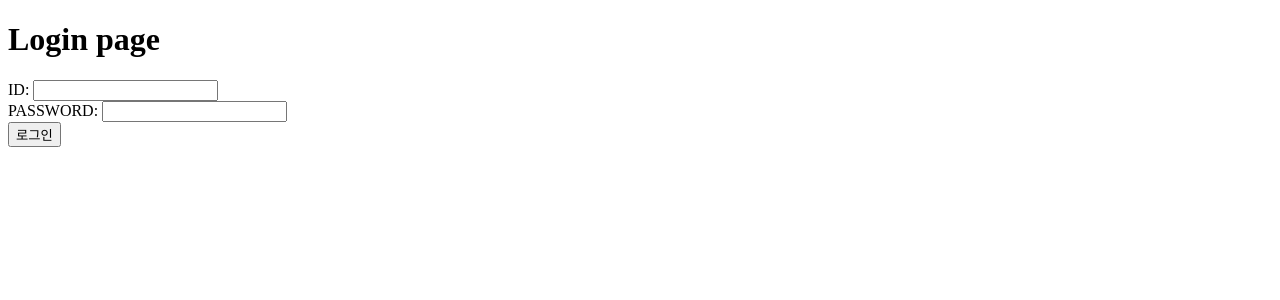
Repository: jeeniii/test2022_12_29
Page: http://localhost/portfolio/member/login.jsp
An editor plug-in stored every save of this project. The page is shown before and after the next save, followed by the edit.
The browser window is 1280 px wide. The pictures show the whole page.
The page is served by Tomcat 9.

Above is the page before, as saved 2022-12-11 13:53:39.

After the next save:
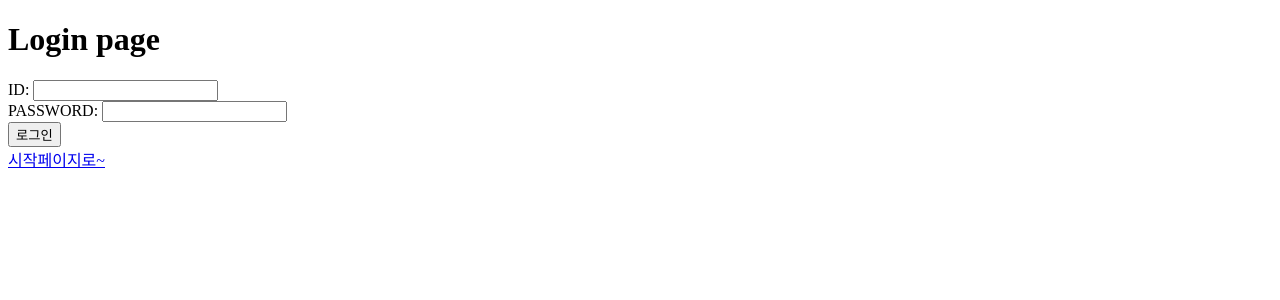
Saved 71 s later.
--- a/JSP_Portfolio/portfolio/src/main/webapp/member/login.jsp
+++ b/JSP_Portfolio/portfolio/src/main/webapp/member/login.jsp
@@ -16,6 +16,7 @@ ID: <input type="text" name="id"> <br>
 PASSWORD: <input type="password" name="pwd"> <br>
 <button type="submit" id="login">로그인</button>
 </form>
+<a href="/">시작페이지로~</a>
 
 </body>
 </html>
